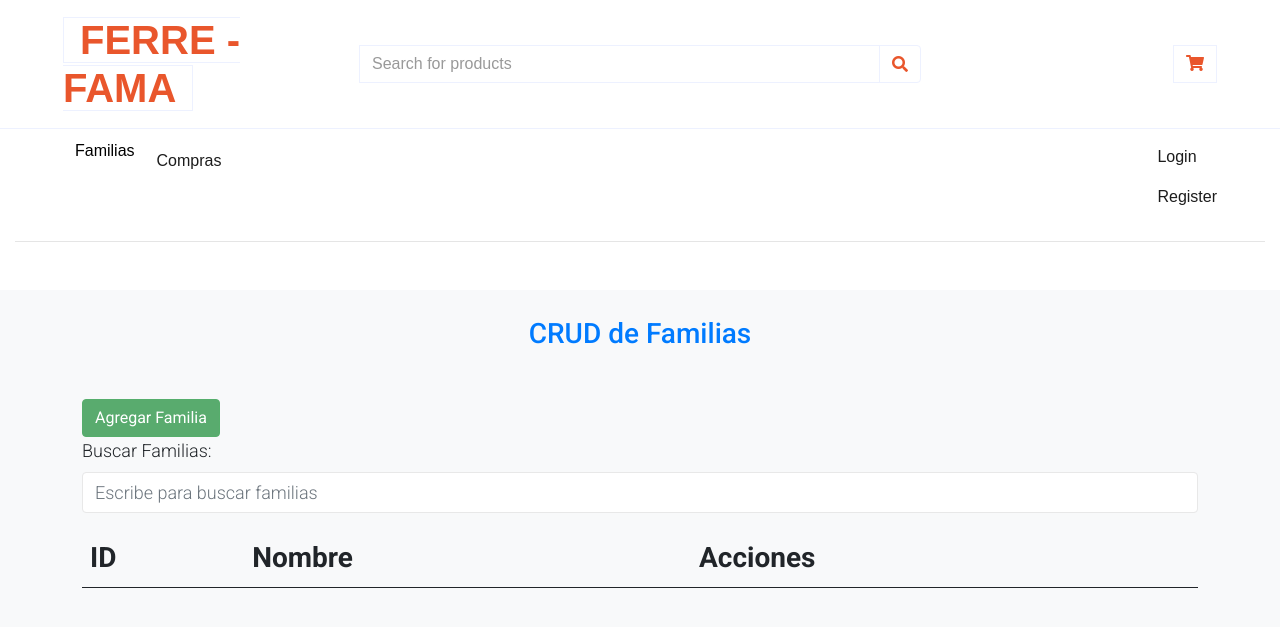
Repository: Yaqode/front-fama
Page: Views/Familias.html
An editor plug-in stored every save of this project. The page is shown before and after the next save, followed by the edit.
The browser window is 1280 px wide. The pictures show the whole page.
The page's requests for data from a server got no answer. Some web libraries are served in a nearby version.

Above is the page before, as saved 2023-12-19 11:14:48.

After the next save:
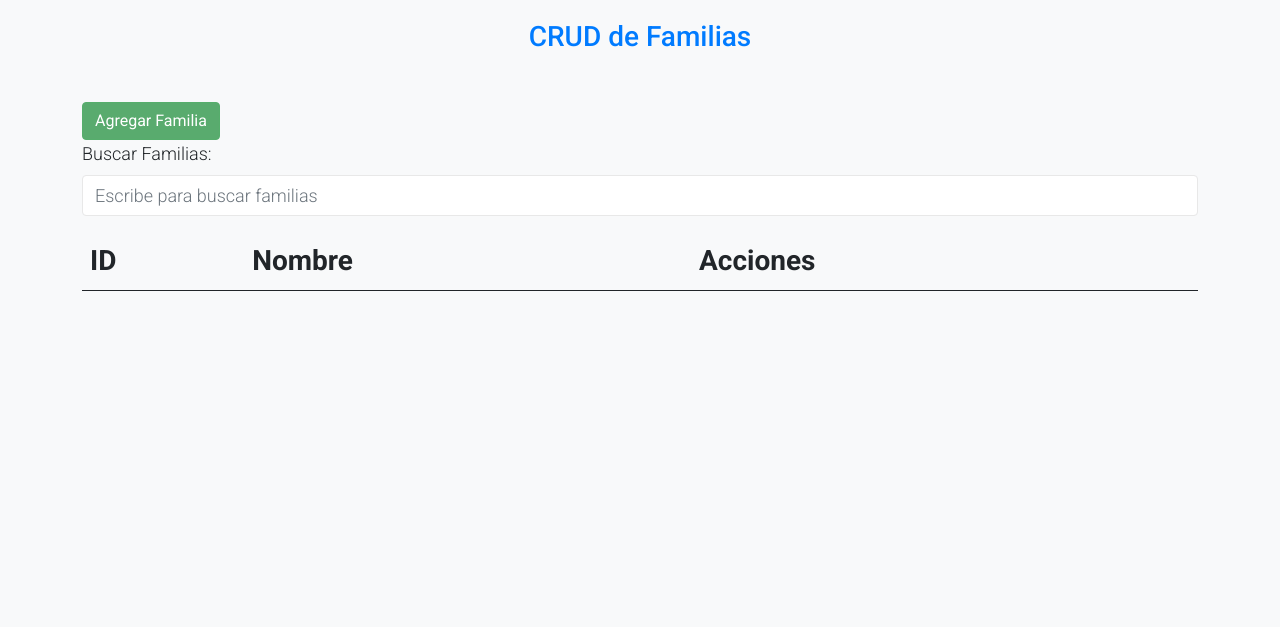
Saved 3 min 14 s later.
--- a/Views/Familias.html
+++ b/Views/Familias.html
@@ -86,8 +86,7 @@
     }
 </style>
 
-<!-- Incluye el encabezado -->
-<iframe src="header_admin.html" frameborder="1" width="100%" height="290px"></iframe>
+
 
 
 <div class="container">
